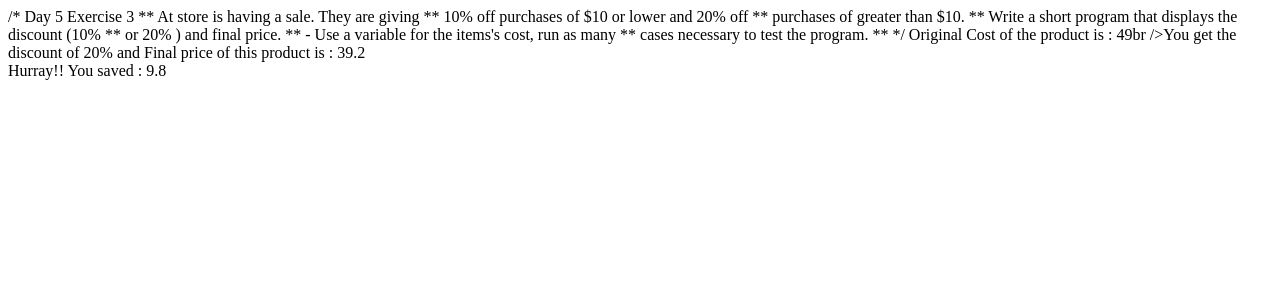
Repository: ajayrkp/HTML_CSS_Notes
Page: http://localhost/exercise_3.php
The author's editor kept a copy of each file at every save. The page is drawn from the files as they stood at one save, then again after the next save.
The browser window is 1280 px wide. The pictures show the whole page.
The page is run by PHP 8.4 with error messages shown; the project is at /var/www/html/.

Above is the page before, as saved 2012-10-12 23:32:54.

After the next save:
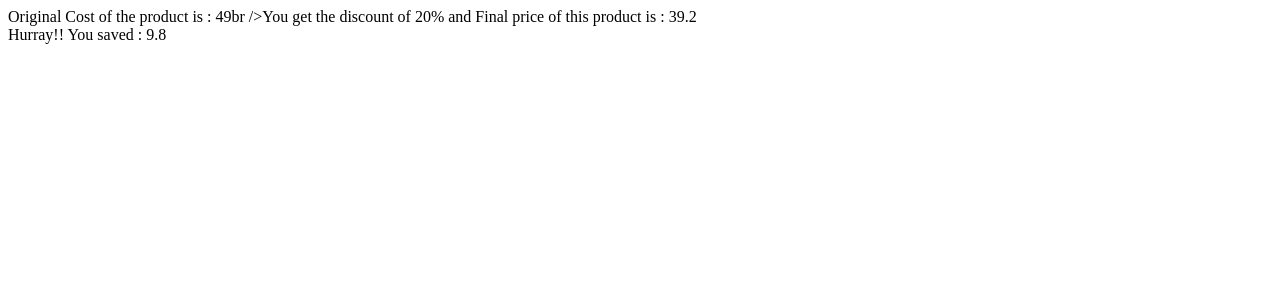
Saved 5 min 55 s later.
--- a/HomeWorks/exercise_3.php
+++ b/HomeWorks/exercise_3.php
@@ -1,4 +1,5 @@
-/* Day 5 Exercise 3
+<!--
+	 Day 5 Exercise 3
 ** At store is having a sale. They are giving
 ** 10% off purchases of $10 or lower and 20% off
 ** purchases of greater than $10.
@@ -8,7 +9,7 @@
 ** - Use a variable for the items's cost, run as many
 ** cases necessary to test the program.
 **
-*/
+-->
 
 <?php
 
